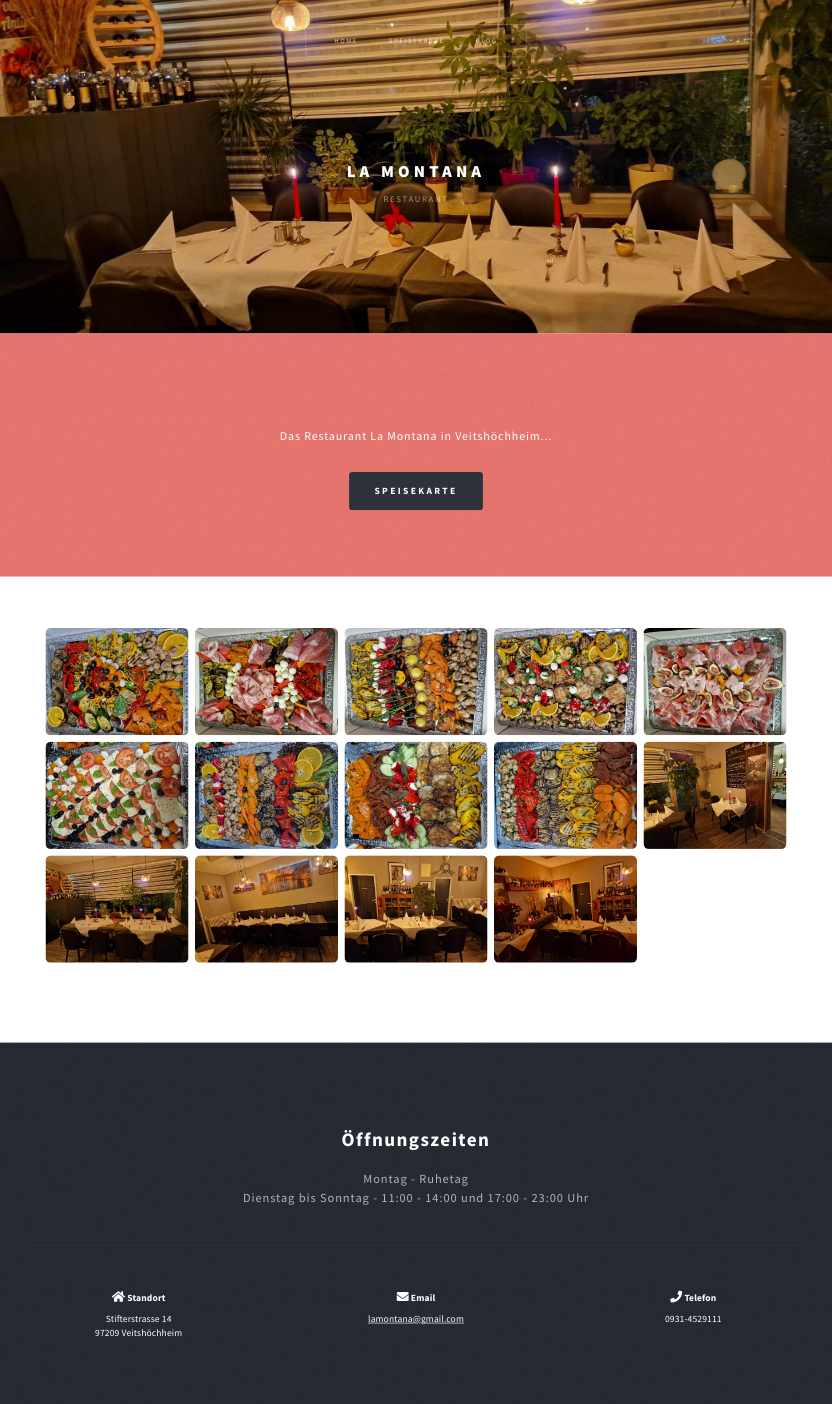
Repository: restaurantlamontana/restaurantlamontana.github.io
Page: index.html
An editor plug-in stored every save of this project. The page is shown before and after a run of saves, followed by the edit.
The browser window is 1280 px wide. The pictures show the whole page, at 65% of full size.

Above is the page before, as saved 2024-07-14 18:40:26.

### index.html
<!DOCTYPE html>
<!--
	Escape Velocity by HTML5 UP
	html5up.net | @ajlkn
	Free for personal and commercial use under the CCA 3.0 license (html5up.net/license)
-->
<html>
  <head>
    <title>La Montana</title>
    <meta charset="utf-8" />
    <meta
      name="viewport"
      content="width=device-width, initial-scale=1, user-scalable=no"
    />
    <link rel="stylesheet" href="assets/css/main.css" />
  </head>
  <body class="homepage is-preload">
    <div id="page-wrapper">
      <!-- Header -->
      <section id="header" class="wrapper">
        <!-- Logo -->
        <div id="logo">
          <h1><a href="index.html">La Montana</a></h1>
          <p>Restaurant</p>
        </div>

        <!-- Nav -->
        <nav id="nav">
          <ul>
            <li class="current"><a href="index.html">Home</a></li>
            <li><a href="assets/Speisekarte_Scan.pdf" target="_blank">Speisekarte</a></li>
            <li><a href="blog.html">Blog</a></li>
          </ul>
        </nav>
      </section>

      <!-- Intro -->
      <section id="intro" class="wrapper style1">
        <div class="container">
			<br><br><br><br>
          <p class="style1">Das Restaurant La Montana in Veitshöchheim...</p>
          <ul class="actions">
            <li><a href="assets/Speisekarte_Scan.pdf" target="_blank" class="button style3 large">Speisekarte</a></li>
          </ul>
        </div>
      </section>

	  <!-- Image Grid -->
      <section class="wrapper">
        <div class="container">
          <div class="image-grid">
            <img src="images/IMG_3194.JPG">
            <img src="images/IMG_3195.JPG">
            <img src="images/IMG_3196.JPG">
            <img src="images/IMG_3197.JPG">
            <img src="images/IMG_3198.JPG">
            <img src="images/IMG_3199.JPG">
			<img src="images/IMG_3200.JPG">
            <img src="images/IMG_3201.JPG">
            <img src="images/IMG_3202.JPG">
            <img src="images/IMG_3203.JPG">
            <img src="images/IMG_3204.JPG">
            <img src="images/IMG_3205.JPG">
			<img src="images/IMG_3206.JPG">
			<img src="images/IMG_3207.JPG">
          </div>
        </div>
      </section>

      <!-- Footer -->
      <section id="footer" class="wrapper">
		<div class="container">
			<header class="style1">
				<h2>Öffnungszeiten</h2>
				<p>
					Montag - Ruhetag <br />
					Dienstag bis Sonntag - 11:00 - 14:00 und 17:00 - 23:00 Uhr
				</p>
			</header>
			</div>
			<div class="flex-container">
				<div class="flex-item">
					<h3 class="icon solid fa-home">   Standort</h3>
					<p>
						Stifterstrasse 14<br />
						97209 Veitshöchheim<br />
					</p>
				</div>
				<div class="flex-item">
					<h3 class="icon solid fa-envelope">   Email</h3>
					<p>
						<a href="#">lamontana@gmail.com</a>
					</p>
				</div>
				<div class="flex-item">
					<h3 class="icon solid fa-phone">   Telefon</h3>
					<p>0931-4529111</p>
				</div>
				</div>
		</div>
	</section>
</body>
</html>

Loaded but not shown: assets/css/fontawesome-all.min.css (library); assets/css/main.css (3148 lines, source omitted)

After the next 2 saves:
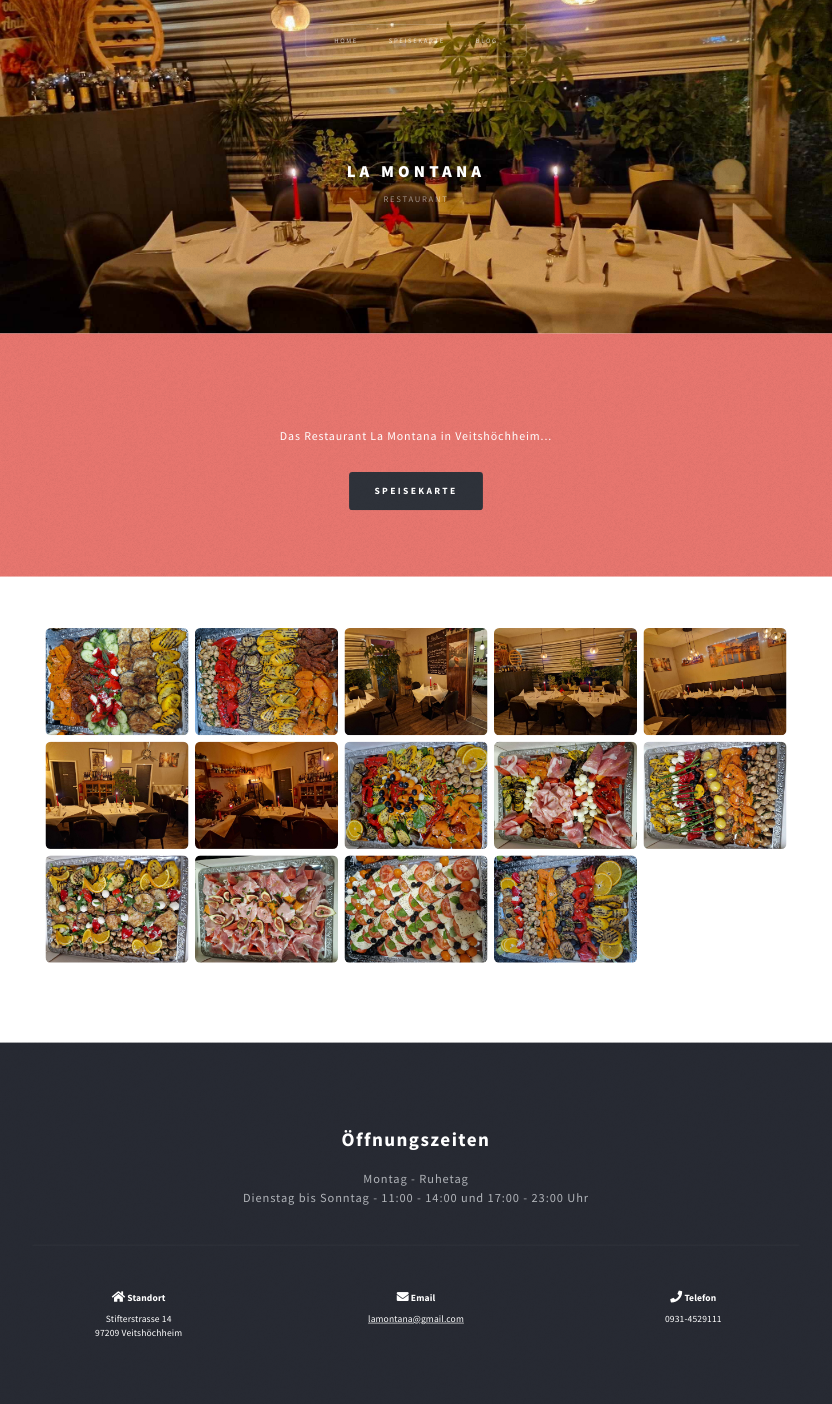
The 2 saves are shown as one change because they came seconds apart.
The last was saved 7 s later.
--- a/index.html
+++ b/index.html
@@ -49,6 +49,13 @@
       <section class="wrapper">
         <div class="container">
           <div class="image-grid">
+			<img src="images/IMG_3201.JPG">
+            <img src="images/IMG_3202.JPG">
+            <img src="images/IMG_3203.JPG">
+            <img src="images/IMG_3204.JPG">
+            <img src="images/IMG_3205.JPG">
+			<img src="images/IMG_3206.JPG">
+			<img src="images/IMG_3207.JPG">
             <img src="images/IMG_3194.JPG">
             <img src="images/IMG_3195.JPG">
             <img src="images/IMG_3196.JPG">
@@ -56,13 +63,6 @@
             <img src="images/IMG_3198.JPG">
             <img src="images/IMG_3199.JPG">
 			<img src="images/IMG_3200.JPG">
-            <img src="images/IMG_3201.JPG">
-            <img src="images/IMG_3202.JPG">
-            <img src="images/IMG_3203.JPG">
-            <img src="images/IMG_3204.JPG">
-            <img src="images/IMG_3205.JPG">
-			<img src="images/IMG_3206.JPG">
-			<img src="images/IMG_3207.JPG">
           </div>
         </div>
       </section>

After the save that followed:
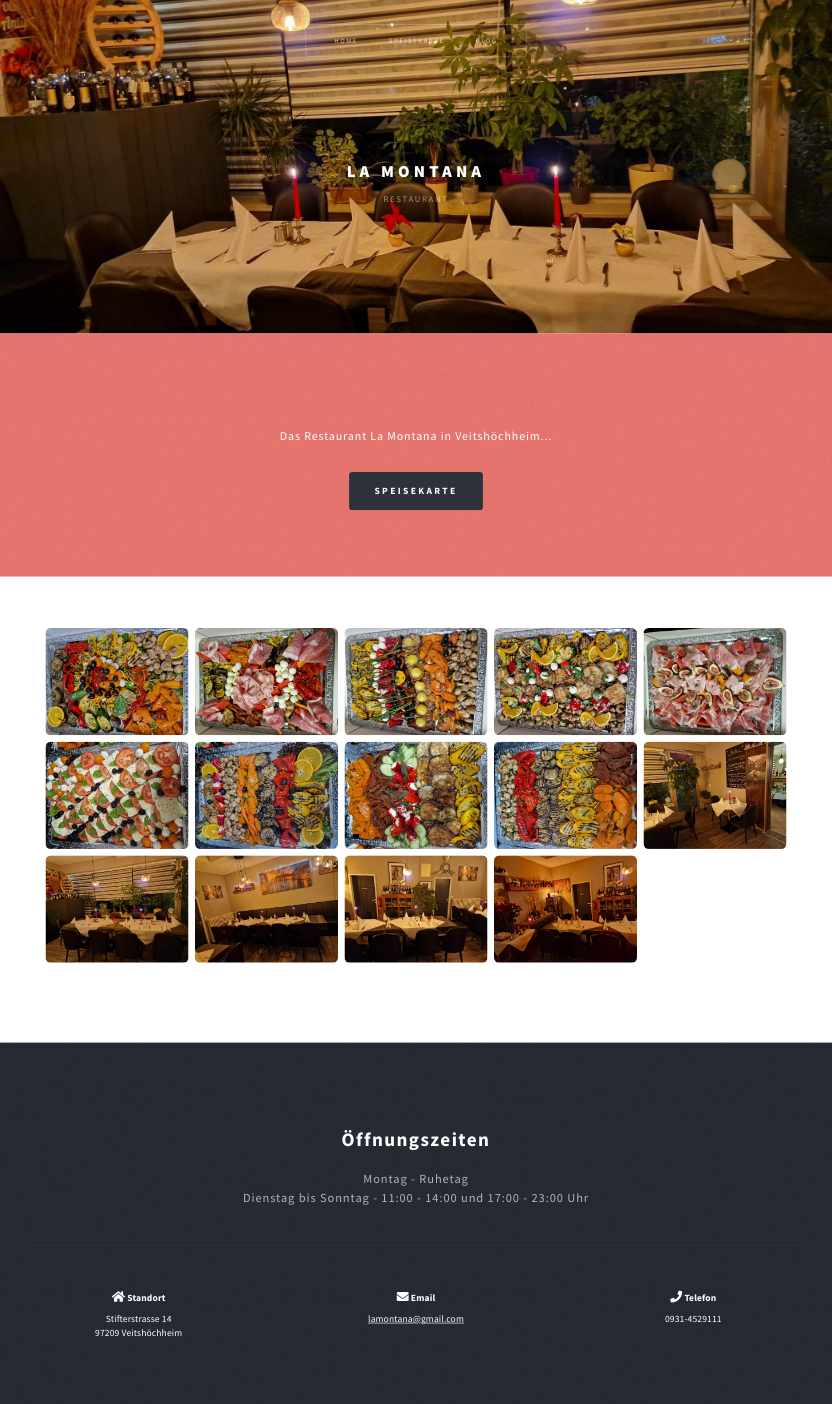
Saved 14 s later.
--- a/index.html
+++ b/index.html
@@ -49,13 +49,6 @@
       <section class="wrapper">
         <div class="container">
           <div class="image-grid">
-			<img src="images/IMG_3201.JPG">
-            <img src="images/IMG_3202.JPG">
-            <img src="images/IMG_3203.JPG">
-            <img src="images/IMG_3204.JPG">
-            <img src="images/IMG_3205.JPG">
-			<img src="images/IMG_3206.JPG">
-			<img src="images/IMG_3207.JPG">
             <img src="images/IMG_3194.JPG">
             <img src="images/IMG_3195.JPG">
             <img src="images/IMG_3196.JPG">
@@ -63,6 +56,13 @@
             <img src="images/IMG_3198.JPG">
             <img src="images/IMG_3199.JPG">
 			<img src="images/IMG_3200.JPG">
+            <img src="images/IMG_3201.JPG">
+            <img src="images/IMG_3202.JPG">
+            <img src="images/IMG_3203.JPG">
+            <img src="images/IMG_3204.JPG">
+            <img src="images/IMG_3205.JPG">
+			<img src="images/IMG_3206.JPG">
+			<img src="images/IMG_3207.JPG">
           </div>
         </div>
       </section>
